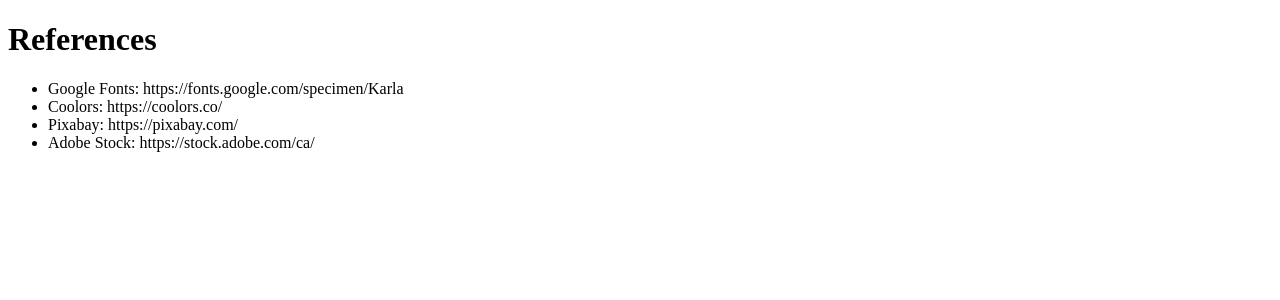
Repository: sarahjx/MDIA2106
Page: html/references.html
The author's editor kept a copy of each file at every save. The page is drawn from the files as they stood at one save, then again after the next save.
The browser window is 1280 px wide. The pictures show the whole page.
Some web fonts or font styles are not loaded; a fallback is used.

Above is the page before, as saved 2025-04-03 10:55:39.

After the next save:
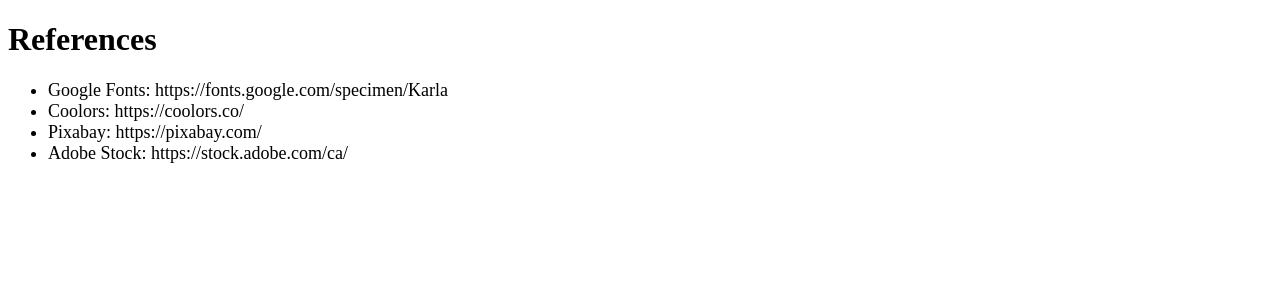
Saved 15 s later.
--- a/styles/styles.css
+++ b/styles/styles.css
@@ -25,7 +25,9 @@
 
 /* Header Styles */
 
-
+.references-list {
+    font-size: large;
+}
 
 
 
